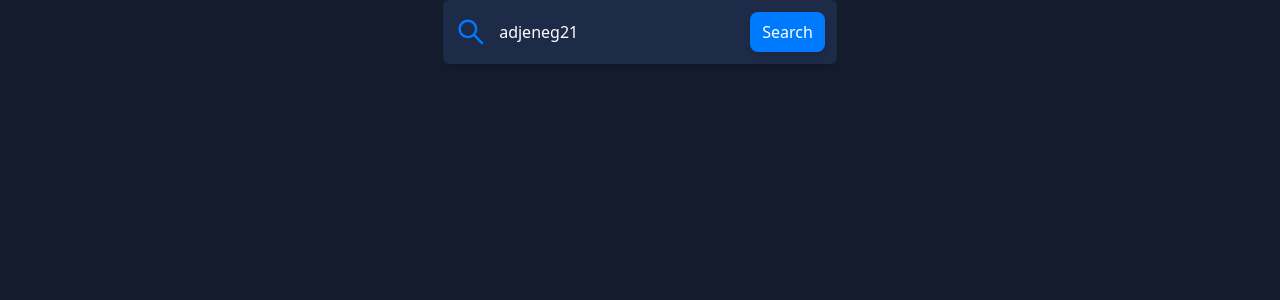
Repository: Gabriel221-dev/Git-Project
Page: /
An editor plug-in stored every save of this project. The page is shown before and after the next save, followed by the edit.
The browser window is 1280 px wide. The pictures show the whole page.
The page's requests for data from a server got no answer. The project was rebuilt for these pictures with package versions that can differ from the ones it lists, and the page was loaded fresh each time. No one was signed in, and anything a server would have sent is missing. Also part of the build but not shown: vite.config.js, src/components/Preview/Preview.jsx.

Above is the page before, as saved 2024-06-28 12:19:32.

After the next save:
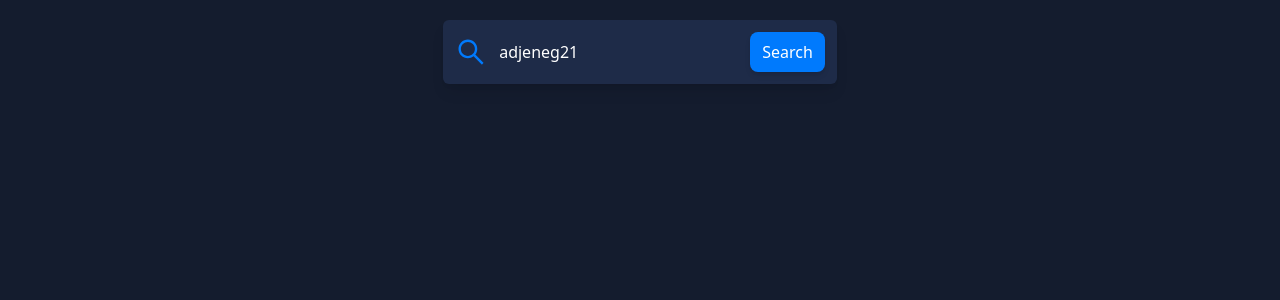
Saved 18 s later.
--- a/src/App.jsx
+++ b/src/App.jsx
@@ -47,7 +47,7 @@
   const [isLoading, setIsLoading] = useState(false);
 
   return (
-    <div className="flex flex-col gap-5 h-screen w-100% justify-content items-center bg-dark-bg">
+    <div className="flex flex-col gap-5 h-screen w-100% p-5  justify-content items-center bg-dark-bg">
       <Search setData={setData} setIsLoading={setIsLoading} />
       {data && (
         <Preview
